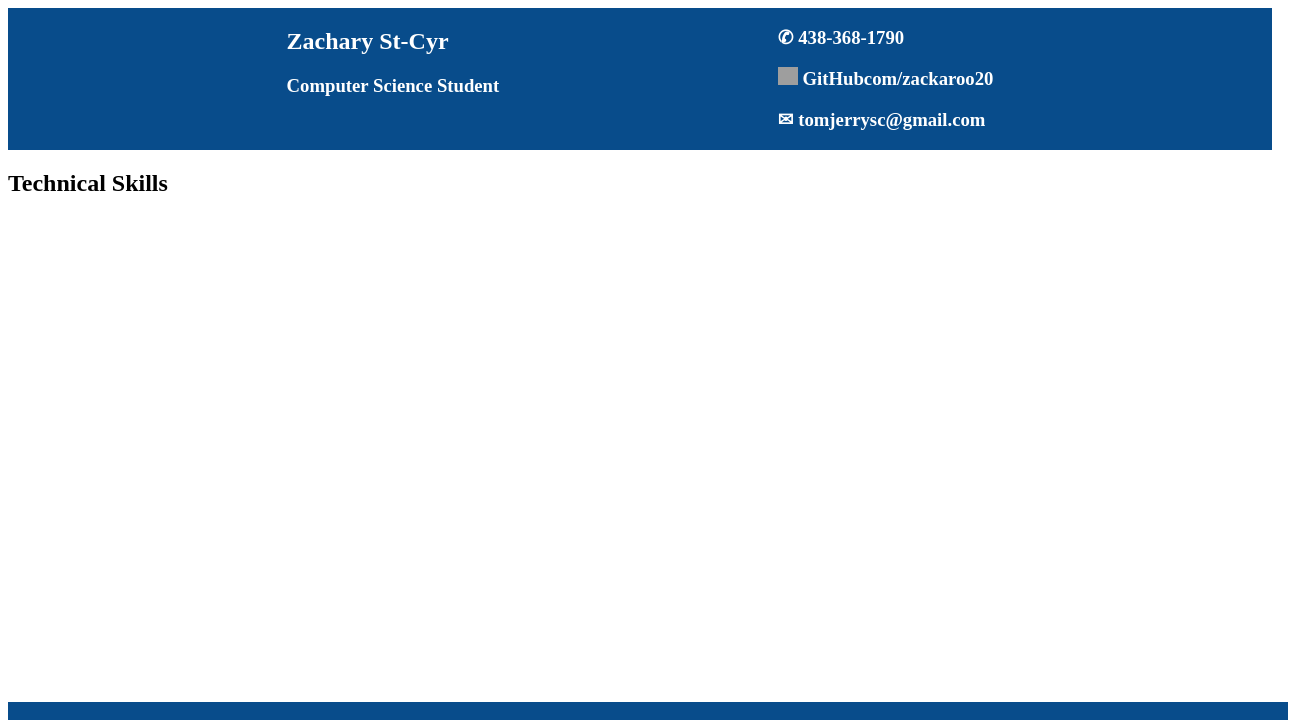
Repository: zackaroo20/Resume-CV
Page: CV.html
These files come from the project's save history. The page is drawn as it stood at one moment and after the next save; the edit follows.
The browser window is 1280 px wide. The page is 1288 px wide, then 1292 px, so the pictures cover 1292 px, including what lies to the right of the window. The pictures show the whole page.
Pictures or frames that could not be fetched are drawn as grey boxes.

Above is the page before, as saved 2026-03-02 15:46:34.

After the next save:
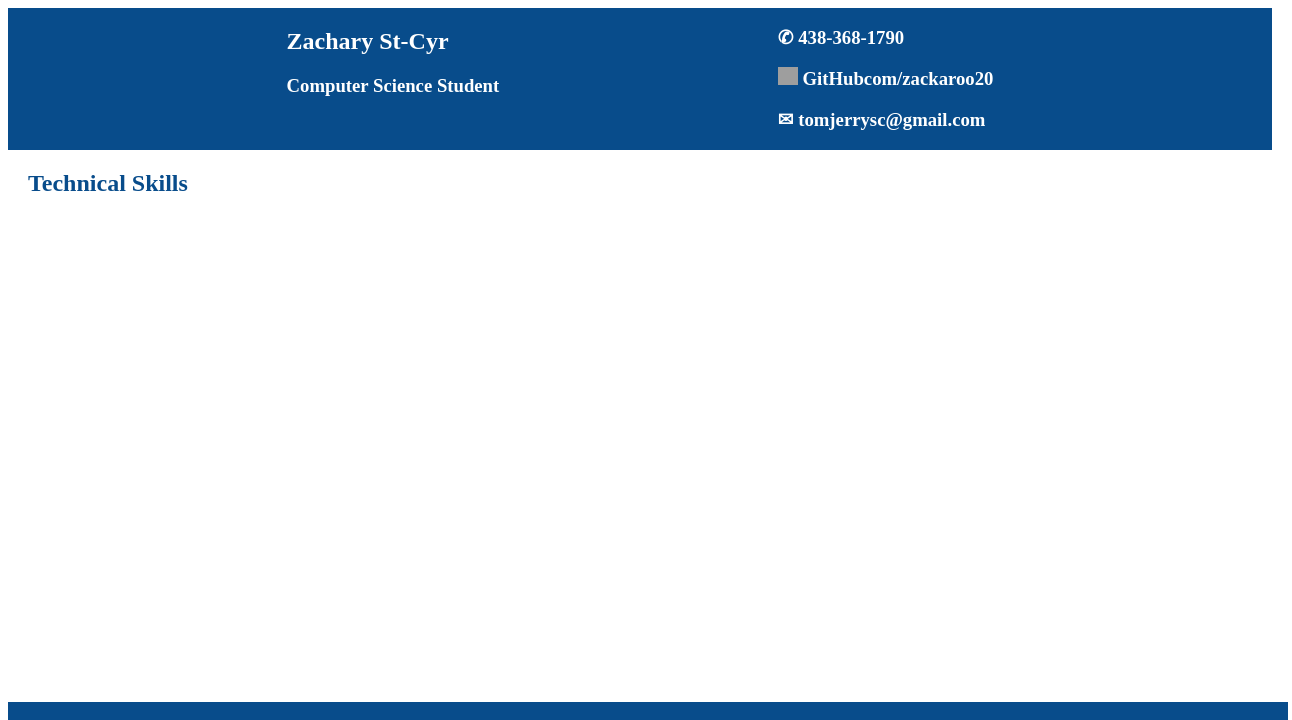
Saved 13 s later.
--- a/CV.css
+++ b/CV.css
@@ -7,7 +7,9 @@ header{
     justify-content: space-evenly
 
 }
-h4{
+.subdiv{
+    position: relative;
+    left: 20px;
     color: #084c8b;
     display: flex;
     justify-content: left;
